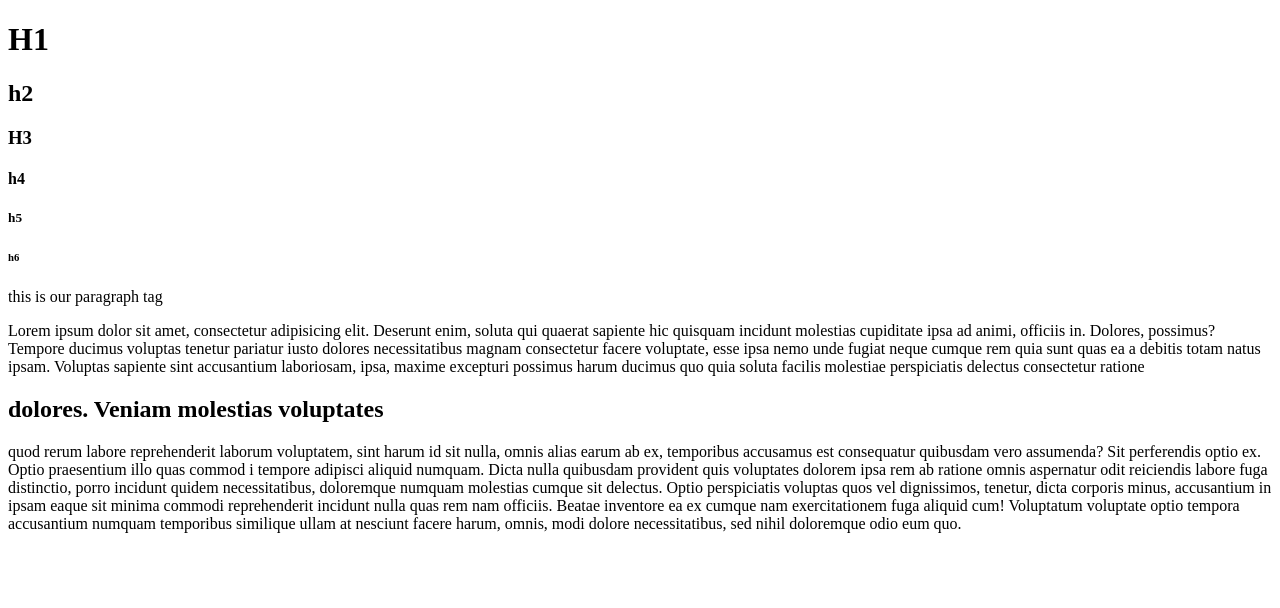
Repository: Ifenna-Pascal/firstRepo
Page: index.html
These files come from the project's save history. The page is drawn as it stood at one moment and after the next save; the edit follows.
The browser window is 1280 px wide. The pictures show the whole page.

Above is the page before, as saved 2023-07-14 11:51:30.

After the next save:
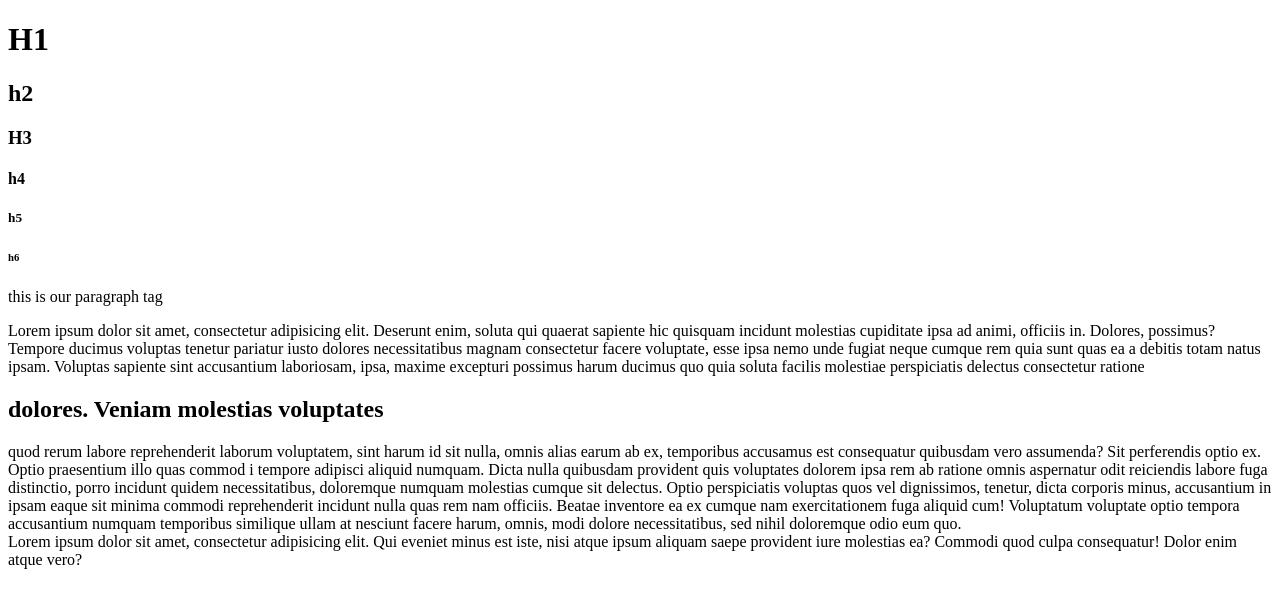
Saved 37 s later.
--- a/index.html
+++ b/index.html
@@ -29,5 +29,8 @@
              ea ex cumque nam exercitationem fuga aliquid cum! Voluptatum voluptate optio tempora accusantium numquam temporibus similique ullam at nesciunt facere harum, omnis, modi dolore
               necessitatibus, sed nihil doloremque odio eum quo.
     </article>
+    <div>
+        Lorem ipsum dolor sit amet, consectetur adipisicing elit. Qui eveniet minus est iste, nisi atque ipsum aliquam saepe provident iure molestias ea? Commodi quod culpa consequatur! Dolor enim atque vero?
+    </div>
 </body>
 </html>
